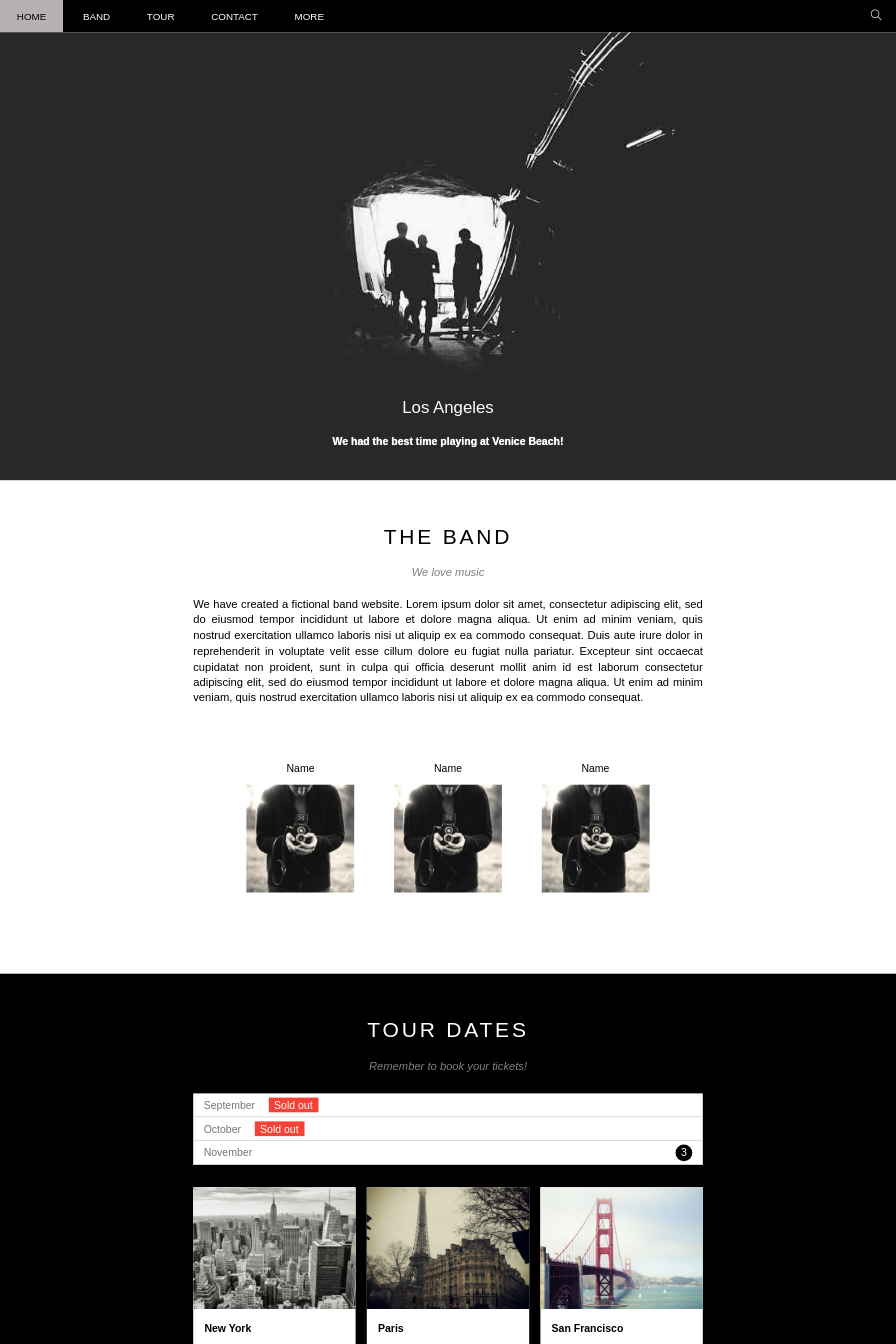
Repository: phamquy01/the-band
Page: index.html
The author's editor kept a copy of each file at every save. The page is drawn from the files as they stood at one save, then again after the next save.
The browser window is 1280 px wide. The pictures show the part of the page from y = 0 to 1920 px (the page is 3504 px tall before and 2818 px after), at 70% of full size.

Above is the page before, as saved 2022-04-21 10:52:59.

### index.html
<!DOCTYPE html>
<html lang="en">
  <head>
    <meta charset="UTF-8" />
    <meta name="viewport" content="width=device-width, initial-scale=1.0" />
    <title>The Band</title>
    <link
      rel="icon"
      href="https://fullstack.edu.vn/assets/favicon/apple-icon-114x114.png"
      type="image/x-icon"
    />
    <link rel="stylesheet" href="./assets/css/style.css" />
    <link rel="stylesheet" href="./assets/css/responsive.css" />
    <link rel="stylesheet" href="./assets/js/main.js" />
    <link
      rel="stylesheet"
      href="./assets/font/themify-icons/themify-icons.css"
    />
  </head>
  <body>
    <div id="main">
      <div id="header">
        <ul class="nav">
          <li><a href="#">Home</a></li>
          <li><a href="#band">Band</a></li>
          <li><a href="#tour">Tour</a></li>
          <li><a href="#contact">Contact</a></li>
          <li>
            <a href="">More</a>
            <ul id="subnav">
              <li><a href="#">Merchandise</a></li>
              <li><a href="#">Extras</a></li>
              <li><a href="#">Media</a></li>
            </ul>
          </li>
        </ul>
        <div class="search-btn">
          <i class="search-icon ti-search"></i>
        </div>
        <div id="mobile-menu" class="menu-btn">
          <i class="menu-icon ti-menu"></i>
        </div>
      </div>
      <div id="slider">
        <div class="text-content">
          <div class="text-heading">Los Angeles</div>
          <p class="text-description">
            We had the best time playing at Venice Beach!
          </p>
        </div>
      </div>
      <div id="content">
        <div id="band" class="content1">
          <div class="container1">
            <p class="text1">The Band</p>
            <p class="text2">We love music</p>
            <p class="text3">
              We have created a fictional band website. Lorem ipsum dolor sit
              amet, consectetur adipiscing elit, sed do eiusmod tempor
              incididunt ut labore et dolore magna aliqua. Ut enim ad minim
              veniam, quis nostrud exercitation ullamco laboris nisi ut aliquip
              ex ea commodo consequat. Duis aute irure dolor in reprehenderit in
              voluptate velit esse cillum dolore eu fugiat nulla pariatur.
              Excepteur sint occaecat cupidatat non proident, sunt in culpa qui
              officia deserunt mollit anim id est laborum consectetur adipiscing
              elit, sed do eiusmod tempor incididunt ut labore et dolore magna
              aliqua. Ut enim ad minim veniam, quis nostrud exercitation ullamco
              laboris nisi ut aliquip ex ea commodo consequat.
            </p>
            <div class="row-third team-list">
              <div class="member">
                <div class="text-name">Name</div>
                <img src="./assets/img/slider1/bandmember.jpg" class="anh1" />
              </div>
              <div class="member">
                <div class="text-name">Name</div>
                <img src="./assets/img/slider1/bandmember.jpg" class="anh1" />
              </div>
              <div class="member">
                <div class="text-name">Name</div>
                <img src="./assets/img/slider1/bandmember.jpg" class="anh1" />
              </div>
            </div>
          </div>
        </div>
        <div id="tour" class="content2">
          <div class="container1">
            <p class="text1 text-white">TOUR DATES</p>
            <p class="text2 text-white">Remember to book your tickets!</p>
            <div class="tour-buy">
              <p class="September text-sliver">
                September <span class="Sold-out">Sold out</span>
              </p>
              <p class="October text-sliver">
                October <span class="Sold-out">Sold out</span>
              </p>
              <p class="November text-sliver">
                November <span class="number3 text-white">3</span>
              </p>
            </div>
            <div class="row row-third tour-list">
              <div class="col tour1">
                <img src="./assets/img/slider1/newyork.jpg" class="tour-img" />
                <div class="tour-member">
                  <p class="address">New York</p>
                  <p class="date">Fri 27 Nov 2016</p>
                  <p class="note">
                    Praesent tincidunt sed tellus ut rutrum sed vitae justo.
                  </p>
                  <a class="button">Buy Tickets</a>
                </div>
              </div>
              <div class="col tour1">
                <img src="./assets/img/slider1/paris.jpg" class="tour-img" />
                <div class="tour-member">
                  <p class="address">Paris</p>
                  <p class="date">Sat 28 Nov 2016</p>
                  <p class="note">
                    Praesent tincidunt sed tellus ut rutrum sed vitae justo.
                  </p>
                  <a class="button">Buy Tickets</a>
                </div>
              </div>
              <div class="col tour1">
                <img src="./assets/img/slider1/sanfran.jpg" class="tour-img" />
                <div class="tour-member">
                  <p class="address">San Francisco</p>
                  <p class="date">Sun 29 Nov 2016</p>
                  <p class="note">
                    Praesent tincidunt sed tellus ut rutrum sed vitae justo..
                  </p>
                  <a class="button">Buy Tickets</a>
                </div>
              </div>
            </div>
          </div>
        </div>
        <div id="contact" class="content1">
          <div class="container1">
            <p class="text1">CONTACT</p>
            <p class="text2">Fan? Drop a note!</p>
            <div class="row-third box1">
              <div class="col-half info">
                <p><i class="ti-location-pin"></i>Chicago, US</p>
                <p><i class="ti-mobile"></i>Phone: +00 151515</p>
                <p><i class="ti-email"></i>Email: mail@mail.com</p>
              </div>
              <div class="col-half">
                <form action="">
                  <div class="form">
                    <div class="row row-third form1">
                      <input
                        type="text"
                        name="Name"
                        placeholder="Name"
                        id="Name"
                        class="col form-input"
                        required
                      />
                      <input
                        type="email"
                        name=""
                        placeholder="Email"
                        required
                        id=""
                        class="col form-input"
                      />
                    </div>
                    <div class="form1">
                      <input
                        type="text"
                        name=""
                        placeholder="Message"
                        id=""
                        class="form-input"
                      />
                    </div>
                    <div class="form1">
                      <input type="submit" value="SEND" class="form-input1" />
                    </div>
                  </div>
                </form>
              </div>
            </div>
          </div>
        </div>
        <div class="map">
          <img src="./assets/img/slider1/map.jpg" alt="" class="map-img" />
        </div>
      </div>
      <div id="footer">
        <div class="icon-footer">
          <a href=""><i class="ti-facebook"></i></a>
          <a href=""><i class="ti-instagram"></i></a>
          <a href=""><i class="ti-skype"></i></a>
          <a href=""><i class="ti-pinterest"></i></a>
          <a href=""><i class="ti-twitter-alt"></i></a>
          <a href=""><i class="ti-linkedin"></i></a>
        </div>
        <p class="text-footer">Powered by <a href="">w3.css</a></p>
      </div>
    </div>
    <script>
      var header = document.getElementById("header");
      var mobileMenu = document.getElementById("mobile-menu");
      var headerHeight = header.clientHeight;

      mobileMenu.onclick = function () {
        var isClosed = header.clientHeight === headerHeight;
        if (isClosed) {
          header.style.height = "auto";
        } else {
          header.style.height = null;
        }
      };
    </script>
  </body>
</html>

### assets/css/style.css
* {
  padding: 0;
  margin: 0;
  box-sizing: border-box;
}
/*common*/

html {
  scroll-behavior: smooth;
  font-family: Arial, Helvetica, sans-serif;
}

.text-white {
  color: white !important;
}
.row {
  margin-left: -8px;
  margin-right: -8px;
}
.row-third {
  display: flex;
}
.col {
  margin-left: 8px;
  margin-right: 8px;
}
.col-full {
  width: 100%;
  display: inline-block;
}
.col-half {
  width: 50%;
}
#header {
  height: 46px;
  background-color: black;
  display: flex;
  position: fixed;
  left: 0;
  top: 0;
  right: 0;
  z-index: 1;
}
.nav > li {
  display: inline-block;
}
.nav li {
  position: relative;
  list-style: none;
}
.nav #subnav {
  position: absolute;
  display: none;
  left: 0;
  top: 100%;
  box-shadow: 0 0 10px rgba(0, 0, 0, 0.3);
}
.nav #subnav li:hover a {
  color: black;
  background-color: rgb(184, 177, 177);
}
.nav #subnav li a {
  line-height: 38px;
  padding: 0 16px;
  min-width: 150px;
}
.nav > li:hover a {
  color: black;
  background-color: rgb(255, 255, 255);
}
.nav > li:hover > a {
  background-color: rgb(184, 177, 177);
}
.nav > li > a {
  text-transform: uppercase;
}
.nav > li:hover #subnav {
  display: block;
}
.nav a {
  color: white;
  text-decoration: none;
  padding: 0 24px;
  line-height: 46px;
  font-size: 14px;
  display: block;
}
.menu-btn,
.search-btn {
  margin-left: auto;
  line-height: 46px;
  cursor: pointer;
  height: 46px;
}
.menu-icon,
.search-icon {
  color: white;
  margin: 46px 20px;
}
.search-btn:hover {
  background-color: red;
}
#slider {
  position: relative;
  margin-top: 46px;
  padding-top: 50%;
  background: url(assets/img/slider1/la.jpg) no-repeat;
  background-size: cover;
  background-position: top center;
}
.text-content {
  position: absolute;
  bottom: 0;
  color: white;
  text-align: center;
  /* left: 50%;
    transform: translateX(-50%); */
  width: 100%;
  margin: 48px 0;
}
.text-heading {
  margin: 25px 0;
  font-size: 24px;
  font-weight: 400;
}
.text-description {
  font-size: 15px;
  font-weight: bolder;
  text-shadow: 0 0 1px white;
}
#content {
}
.container1 {
  margin-left: auto;
  margin-right: auto;
  padding: 64px 36px;
  width: 800px;
  max-width: 100%;
}
.text1 {
  font-size: 30px;
  text-transform: uppercase;
  letter-spacing: 4px;
  text-align: center;
}
.text2 {
  text-align: center;
  margin-top: 25px;
  font-style: italic;
  opacity: 0.5;
}
.text3 {
  margin-top: 25px;
  text-align: justify;
  line-height: 1.4;
}
.team-list {
  justify-content: space-around;
  margin: 48px;
}
.text-name {
  font-size: 15px;
  margin-top: 32px;
  text-align: center;
}

.content2 {
  background-color: black;
}
.tour-buy {
  background-color: white;
  font-size: 15px;
  margin: 30px 0;
}
.tour-buy > p {
  padding: 8px 15px;
  border-bottom: 1px solid #ccc;
  color: #757575;
}
.Sold-out {
  background-color: #f44336;
  color: white;
  padding: 2px 8px;
  margin: 0 15px;
}
.number3 {
  background-color: black;
  border-radius: 50%;
  padding: 0 8px;
  float: right;
  width: 24px;
  height: 24px;
  line-height: 24px;
  margin-top: -3px;
}
.tour-list {
  margin-top: 32px;
  margin-bottom: 48px;
}
.tour-img {
  width: 100%;
}
.tour-img:hover {
  opacity: 0.6;
}
.tour-member {
  margin: 15px 16px;
}
.tour-member > p {
  margin: 15px 0;
  font-size: 15px;
}
.tour1 {
  background-color: white;
}
.address {
  font-weight: 600;
}
.date {
  opacity: 0.6;
}
.note {
  line-height: 1.4;
}
.button {
  color: white;
  background-color: black;
  padding: 8px 16px;
  display: inline-block;
}
.button:hover {
  background-color: #ccc;
  color: black;
  cursor: pointer;
}
.box1 {
  margin: 32px 0;
}
.info i[class*="ti-"] {
  width: 30px;
  display: inline-block;
  line-height: 1.7;
}
.form-input {
  border: 1px solid #ccc;
  padding: 10px;
  font-size: 15px;
  width: 100%;
}
.form1 {
  margin-bottom: 8px;
}
.form-input1 {
  border: 1px solid black;
  background-color: black;
  color: white;
  padding: 10px 16px;
  float: right;
  margin-top: 8px;
  border: none;
  cursor: pointer;
}
.form-input1:hover {
  background-color: #ccc;
  color: black;
  outline: none;
}
.map-img {
  width: 100%;
}
#footer {
  padding: 64px 16px;
  text-align: center;
}
.icon-footer a {
  font-size: 24px;
  color: rgba(0, 0, 0, 0.6);
  text-decoration: none;
  margin: 0 4px;
}
#footer > p {
  font-size: 15px;
  margin: 15px 0;
  color: rgba(0, 0, 0, 0.6);
}
#footer .text-footer > a {
  color: rgba(0, 0, 0, 0.6);
}
#footer .text-footer > a:hover,
.icon-footer a:hover {
  color: rgba(0, 0, 0, 0.3);
}

### assets/css/responsive.css
/* PC */
@media (min-width: 64em) {
  .menu-btn {
    display: none;
  }
  .anh1 {
    margin-top: 15px;
    width: 154px;
  }
}

/* tablet */
@media (min-width: 46.25em) and (max-width: 63.9375em) {
  .menu-btn {
    display: none;
  }
  .anh1 {
    margin-top: 15px;
    width: 154px;
  }
  .team-list {
    justify-content: space-between;
  }
  .team-list img {
    margin: 0 auto;
  }
}

/* mobile */
@media (max-width: 46.1875em) {
  #header {
    overflow: hidden;
  }
  .nav > li {
    display: block;
  }
  .search-btn {
    display: none;
  }
  .menu-btn:hover {
    background-color: white;
    overflow: visible;
  }
  .menu-icon:hover {
    color: black;
  }
  .row-third {
    display: block;
  }
  .anh1 {
    margin-top: 15px;
  }
  .tour-member {
    padding: 15px 0px;
  }
  .col-half {
    width: 100%;
    margin-bottom: 8px;
  }
  .form1 {
    width: 100%;
  }
  .container1 {
    display: inline-block;
  }
}

Loaded but not shown: assets/font/themify-icons/themify-icons.css (common file); assets/js/main.js (no stored copy; drawn as an empty file)

After the next save:
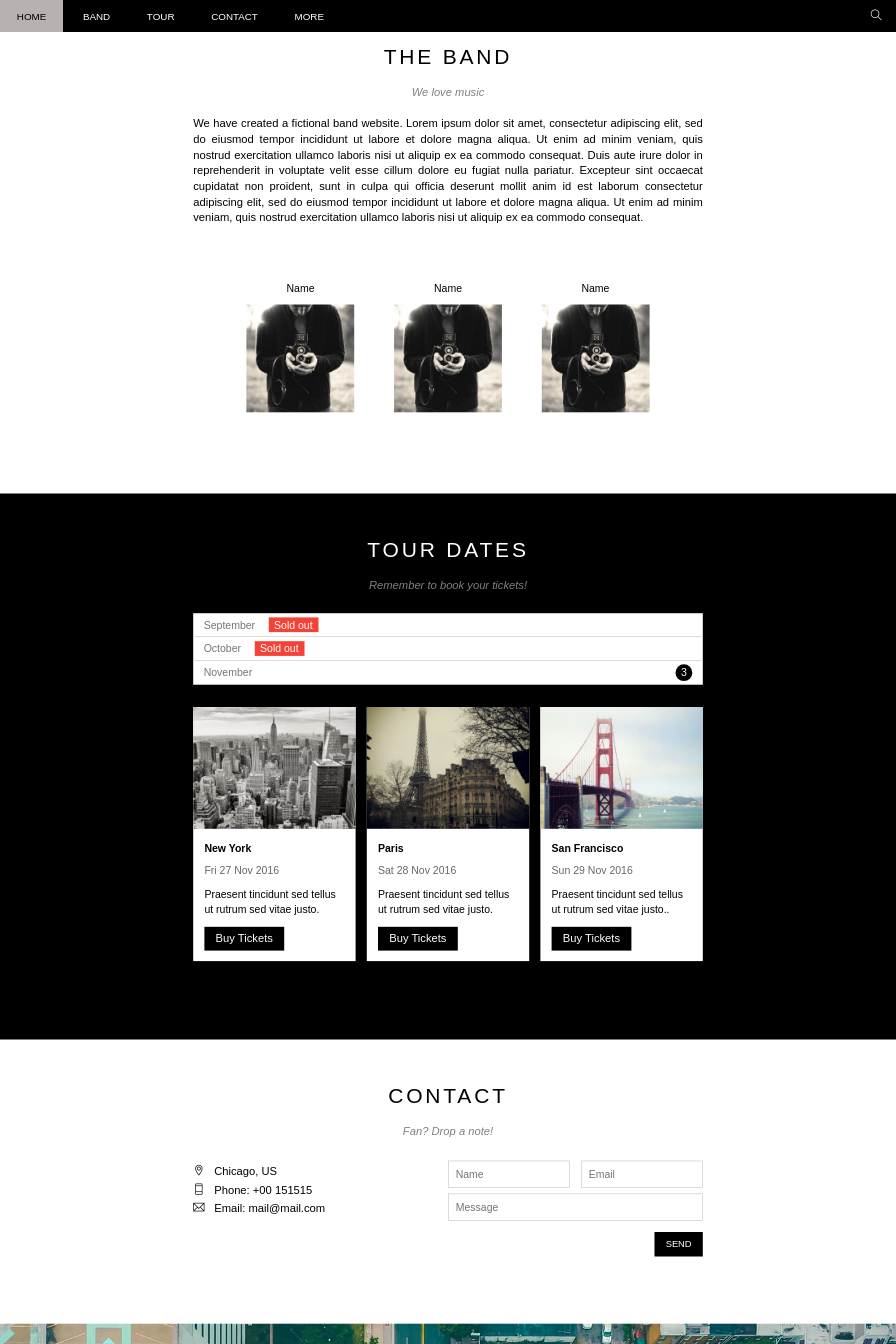
Saved 107 s later.
--- a/assets/css/style.css
+++ b/assets/css/style.css
@@ -100,14 +100,14 @@
 .search-btn:hover {
   background-color: red;
 }
-#slider {
+/* #slider {
   position: relative;
   margin-top: 46px;
   padding-top: 50%;
   background: url(assets/img/slider1/la.jpg) no-repeat;
   background-size: cover;
   background-position: top center;
-}
+} */
 .text-content {
   position: absolute;
   bottom: 0;
